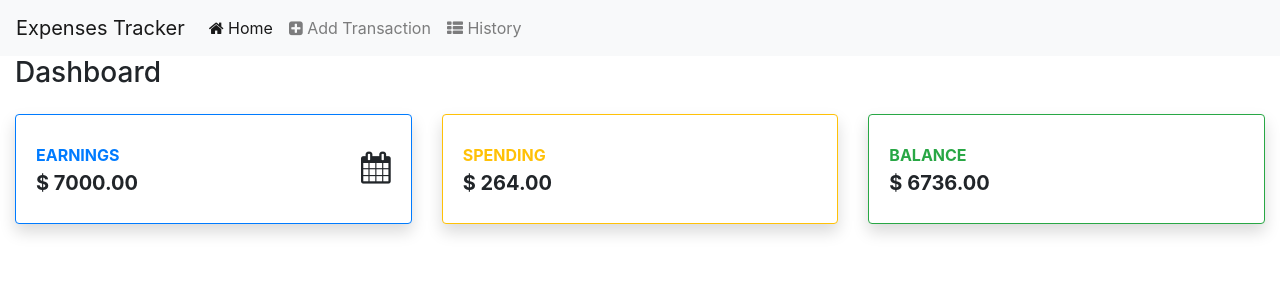
Repository: yucheng91/CI3-expenses-manager
Page: http://localhost/home
The author's editor kept a record of every edit. The page is drawn from the files as they stood at one moment, then again after the next edit.
The browser window is 1280 px wide. The pictures show the whole page.
The page is served by the project's application, run on Flask 3 (app.py). The database holds what the project's SQL file puts in it.

Above is the page before.

After the next edit:
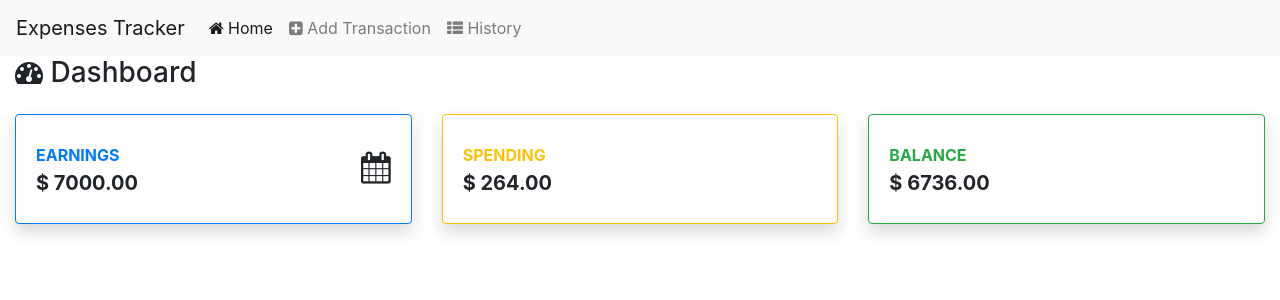
The edit:
--- a/templates/index.html
+++ b/templates/index.html
@@ -43,7 +43,7 @@
 
           <!-- Page Heading -->
           <div class="d-sm-flex align-items-center justify-content-between mb-4">
-            <h1 class="h3 mb-0 text-gray-800">Dashboard</h1>
+            <h1 class="h3 mb-0 text-gray-800"><i class="fa fa-tachometer" aria-hidden="true"></i> Dashboard</h1>
           </div>
 
           <!-- Content Row -->
